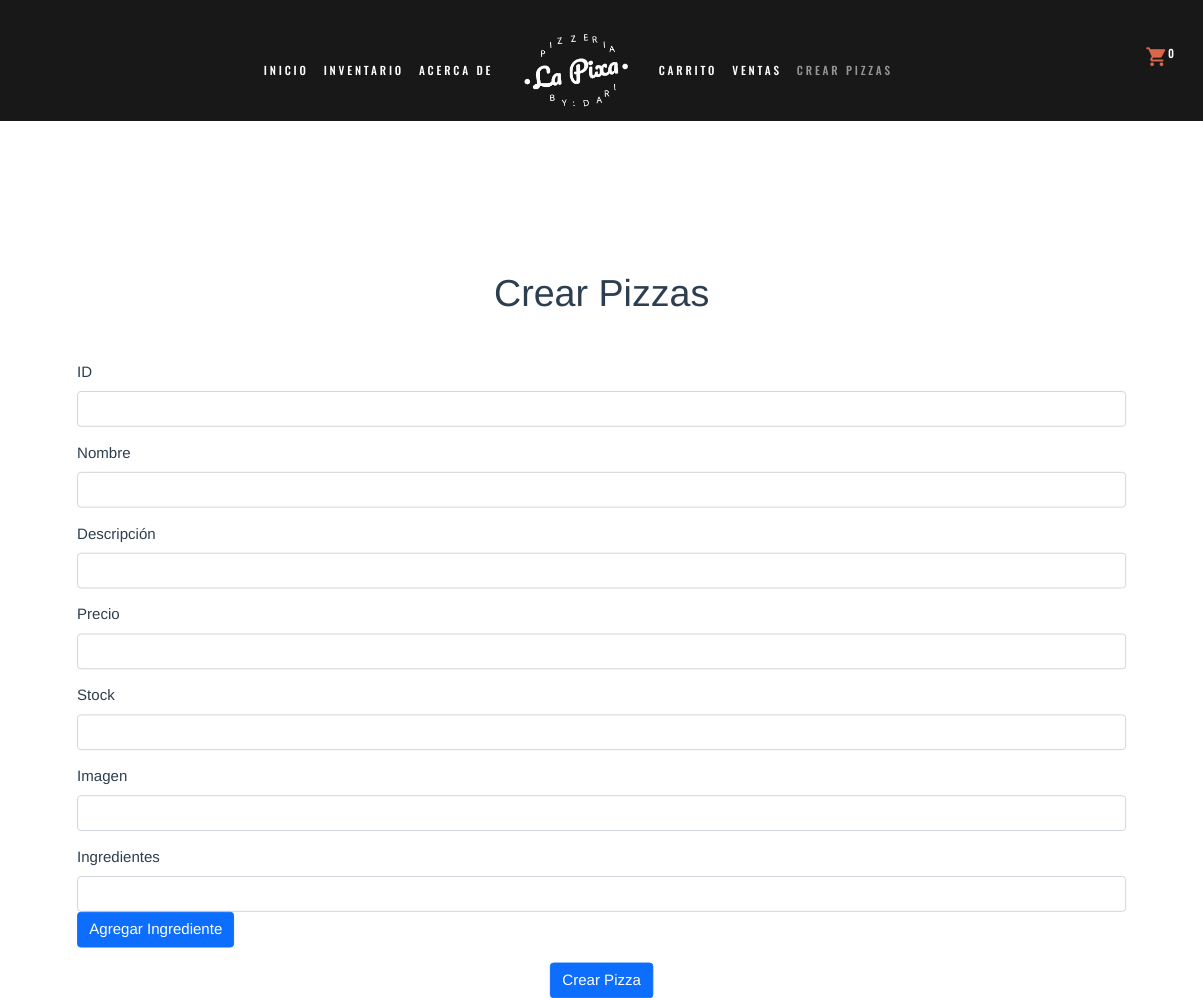
Repository: Darigo30/prueba-vue-dari-pizza
Page: /crearPizzas
The author's editor kept a copy of each file at every save. The page is drawn from the files as they stood at one save, then again after the next save.
The browser window is 1280 px wide. The pictures show the whole page, at 94% of full size.
The project was rebuilt for these pictures with package versions that can differ from the ones it lists, and the page was loaded fresh each time. Also part of the build but not shown: src/views/Home.vue.

Above is the page before, as saved 2021-05-23 22:37:52.

### public/index.html
<!DOCTYPE html>
<html lang="">
  <head>
    <meta charset="utf-8">
    <meta http-equiv="X-UA-Compatible" content="IE=edge">
    <meta name="viewport" content="width=device-width,initial-scale=1.0">
    <link rel="icon" href="<%= BASE_URL %>favicon.ico">
    <link href="https://cdn.jsdelivr.net/npm/bootstrap@5.0.0/dist/css/bootstrap.min.css" rel="stylesheet" integrity="sha384-wEmeIV1mKuiNpC+IOBjI7aAzPcEZeedi5yW5f2yOq55WWLwNGmvvx4Um1vskeMj0" crossorigin="anonymous">
    <link href="https://fonts.googleapis.com/icon?family=Material+Icons"
      rel="stylesheet">
      <link rel="preconnect" href="https://fonts.gstatic.com">
      <link href="https://fonts.googleapis.com/css2?family=Oswald:wght@300;500&display=swap" rel="stylesheet">
    <title>Pizzeria La Pixa</title>
  </head>
  <body>
    <noscript>
      <strong>We're sorry but doesn't work properly without JavaScript enabled. Please enable it to continue.</strong>
    </noscript>
    <div id="app"></div>
    <script src="https://cdn.jsdelivr.net/npm/bootstrap@5.0.0/dist/js/bootstrap.bundle.min.js" integrity="sha384-p34f1UUtsS3wqzfto5wAAmdvj+osOnFyQFpp4Ua3gs/ZVWx6oOypYoCJhGGScy+8" crossorigin="anonymous"></script>
    <!-- built files will be auto injected -->
  </body>
</html>

### src/main.js
import Vue from "vue";
import App from "./App.vue";
import router from "./router";
import store from "./store";
import firebase from "firebase";



Vue.config.productionTip = false;


new Vue({
  router,
  store,
  firebase,
  render: (h) => h(App),
}).$mount("#app");

### src/App.vue
<template>
  <div id="app">
    <Nav />
    <router-view />
  </div>
</template>

<script>
import Nav from "@/components/Nav.vue";
import { mapActions } from "vuex";

export default {
  name: "App",
  components: {
    Nav,
  },
  methods: {
    ...mapActions(["getData", "setDataPizzasDb"]),
  },
  created() {
    this.getData();
    this.setDataPizzasDb();
  },
};
</script>

<style lang="scss">
#app {
  font-family: Avenir, Helvetica, Arial, sans-serif;
  -webkit-font-smoothing: antialiased;
  -moz-osx-font-smoothing: grayscale;
  text-align: center;
  color: #2c3e50;
}
</style>

### src/router/index.js
import Vue from "vue";
import VueRouter from "vue-router";
import Home from "../views/Home.vue";

Vue.use(VueRouter);

const routes = [
  {
    path: "/",
    name: "Home",
    component: Home,
  },
  {
    path: "/inventario",
    name: "Inventario",
    component: () =>
      import(/* webpackChunkName: "inventario" */ "../views/Inventario.vue"),
  },
  {
    path: "/ventas",
    name: "Ventas",
    component: () =>
      import(/* webpackChunkName: "ventas" */ "../views/Ventas.vue"),
  },
  {
    path: "/carrito",
    name: "Carrito",
    component: () =>
      import(/* webpackChunkName: "carrito" */ "../views/Carrito.vue"),
  },
  {
    path: "*",
    name: "error404",
    component: () =>
      import(/* webpackChunkName: "error404" */ "../views/error404.vue"),
  },
  {
    path: "/crearPizzas",
    name: "CrearPizzas",
    component: () =>
      import(/* webpackChunkName: "crearPizzas" */ "../views/CrearPizzas.vue"),
  },
  // {
  //   path: "/about",
  //   name: "About",
  // route level code-splitting
  // this generates a separate chunk (about.[hash].js) for this route
  // which is lazy-loaded when the route is visited.
  //   component: () =>
  //     import(/* webpackChunkName: "about" */ "../views/About.vue"),
  // },
];

const router = new VueRouter({
  mode: "history",
  base: process.env.BASE_URL,
  routes,
});

export default router;

### src/store/index.js
import Vue from "vue";
import Vuex from "vuex";
//import axios from "axios";

import { db } from "../../firebase";

Vue.use(Vuex);

export default new Vuex.Store({
  state: {
    productos: [],
    carrito: [],
    ventas: [],
  },
  getters: {
    cantidadCarrito(state) {
      return state.carrito.length;
    },
    productosFiltrados(state) {
      const productos = state.productos.filter((pizza) => pizza.stock > 0);
      return !productos ? [] : productos;
    },
    totalCarrito(state) {
      const carrito = state.carrito;
      if (carrito.length === 0) return 0;
      const suma = carrito.reduce((acc, x) => acc + x.subtotal, 0);
      return suma;
    },
  },
  mutations: {
    cargarData(state, payload) {
      state.productos = payload;
    },
    agregarPizza(state, payload) {
      const agregar = payload.id;
      const cantidad = 1;
      const nombre = payload.nombre;
      const precio = payload.precio;
      const subtotal = precio * cantidad;

      const finder = state.carrito.find((obj) => obj.id === agregar);

      if (!finder) {
        const obj = {
          id: agregar,
          cantidad,
          nombre,
          precio,
          subtotal,
        };
        state.carrito.push(obj);
      } else {
        finder.cantidad = cantidad + finder.cantidad;
        finder.subtotal = finder.cantidad * precio;
      }
    },
    comprar(state) {
      const respuesta = confirm("¿Quieres comprar ahora?");
      if (respuesta) {
        const venta = state.carrito.map((obj) => {
          const obj2 = {
            id: obj.id,
            nombre: obj.nombre,
            precioSubtotal: obj.subtotal,
            cantidadVendida: obj.cantidad,
          };
           return obj2;
        });
        venta.forEach((producto) => {
          const ventarec = producto;
          const finder = state.ventas.find((obj) => obj.id === ventarec.id);

          if (!finder) {
            state.ventas.push(ventarec);
          } else {
            state.ventas = state.ventas.map((vend) => {
              const obj3 = {
                id: vend.id,
                nombre: vend.nombre,
                precioSubtotal: vend.id === ventarec.id ? vend.precioSubtotal + ventarec.precioSubtotal : vend.precioSubtotal,
                cantidadVendida: vend.id === ventarec.id ? vend.cantidadVendida + ventarec.cantidadVendida : vend.cantidadVendida,
              };
               return obj3;
            });
          }

        });
        state.carrito.forEach((el) => {
        state.productos = state.productos.map((resta) => {
            const obj4 = {
              desc: resta.desc,
              id: resta.id,
              img: resta.img,
              ing: resta.ing,
              name: resta.name,
              price: resta.price,
              stock: el.id === resta.id ? resta.stock - el.cantidad : resta.stock ,
            };
            return obj4;
          })
        });
      state.carrito = [];
      }
    },
    //guardar pizzas de API inicial en colleccion de firebase
    guardarPizzasEnDB(state) {
      console.log(state);
      /*setTimeout(() => {
        try {
          const productos = state.productos;
          console.log(productos);
          productos.forEach(async (producto) => {
            await db.collection("pizzas").add(producto);
          });
        } catch (error) {
          console.log(error);
        }
      }, 2000);*/
    },
    agregarNuevaPizza(state, payload) {
      const existe = state.productos.find((pizza) => pizza.id === payload.id);
      // Si no existe ingresar a la base de datos.
      if (!existe) state.productos.push(payload);
    },
  },
  actions: {
    async getData({ commit }) {
      // const url =
      //   "https://us-central1-apis-varias-mias.cloudfunctions.net/pizzeria";
      try {
        // const req = await axios(url);
        // const pizzas = req.data;
        // const pizzasStock = pizzas.map((obj) => {
        //   obj.stock = 10;
        //   return obj;
        // });
        const pizzasStock = [];
        const fire = await db.collection("pizzas");
        fire.get()
        .then((querySnapshot) => {
            querySnapshot.forEach((doc) => {
                pizzasStock.push(doc.data());
                console.log(doc.id, " => ", doc.data());
            });
        })
        commit("cargarData", pizzasStock);
      } catch (error) {
        console.log(error);
      }
    },
    async setDataPizzasDb({ commit }){
      commit("guardarPizzasEnDB");
    },
    async crearNuevaPizza({ commit, state }, payload) {
      const pizza = payload;
      if (!pizza) return;

      //Validar si existe una pizza con el mismo ID

      const verificarId = state.productos.filter(pizza =>  pizza.id === payload.id);
      if(verificarId.length !== 0){
        alert("ya existe un ID con ese producto", verificarId);
        console.log(verificarId);
        return;
      }


      // Actualizar el state
      commit("agregarNuevaPizza", pizza);
      // Actualizar Firebase
      // Preguntar si el ID existe en Firebase: (TAREA)
      // try {
      //   const req = await db.collection("pizza").get();
      //   req.docs.forEach(obj => {
      //     const pizzaFirebase = obj.data();
      //     const idFirebase = pizzaFirebase.id;

      //     // Tiene un problema: ¿Cuál es? (Tarea)
      //     if (idFirebase === pizza.id) return;
      //     await db.collection("pizzas").add(pizza);
      //   })
      // } catch (error) {
      //   console.log(error);
      // }
      await db.collection("pizzas").add(pizza);
    },
    async borrarPizzas({ commit, state }, payload) {
      commit("");

      //Me borra la fila completa

      let borradoFila = state.productos.filter(fila => fila.id != payload );
      state.productos = borradoFila;

      // Borra en Firestore

      let collectionRef = db.collection("pizzas");
      collectionRef.where("id", "==", payload)
      .get()
      .then(querySnapshot => {
        querySnapshot.forEach((doc) => {
          doc.ref.delete().then(() => {
            console.log("el doc fue borrado");
          }).catch(function(error) {
            console.error("ha ocurrido un error al borrar: ", error);
          });
        });
      })
      .catch(function(error) {
        console.log("Error al obtener el documento: ", error);
      });
    }
  },
});

### src/components/Nav.vue
<template>
  <nav class="navbar navbar-expand-lg navbar-dark bg-dark">
    <div class="container-fluid">
      <!-- <a class="navbar-brand" href="#">Navbar</a> -->

      <button
        class="navbar-toggler"
        type="button"
        data-bs-toggle="collapse"
        data-bs-target="#navbarNav"
        aria-controls="navbarNav"
        aria-expanded="false"
        aria-label="Toggle navigation"
      >
        <span class="navbar-toggler-icon"></span>
      </button>

      <div class="collapse navbar-collapse" id="navbarNav">
        <ul class="navbar-nav">
          <li class="nav-item">
            <router-link class="nav-link text-white" to="/">Inicio</router-link>
          </li>
          <li class="nav-item">
            <router-link class="nav-link text-white" to="/inventario"
              >Inventario</router-link
            >
          </li>
          <li class="nav-item">
            <router-link class="nav-link text-white" to="#"
              >Acerca de</router-link
            >
          </li>
           <router-link class="navbar-brand" to="/"><img class="logo-lapizza" src="../assets/logo-pizza.png"></router-link>
          <li class="nav-item">
            <router-link class="nav-link text-white" to="/carrito">Carrito</router-link>
          </li>
          <li class="nav-item">
            <router-link class="nav-link text-white" to="/ventas">Ventas</router-link>
          </li>
          <li class="nav-item">
            <router-link class="nav-link" to="/crearPizzas">Crear Pizzas</router-link>
          </li>
        </ul>
      </div>
      <div class="carrito-top">
        <div @click="$router.push('/carrito')" class="carrito-icono"></div>
        <p class="nav-item text-white me-3 num-car">{{ cantidadCarrito }}</p>
      </div>


    </div>
  </nav>
</template>

<script>
import { mapGetters } from "vuex";

export default {
  name: "Nav",
  computed: {
    ...mapGetters(["cantidadCarrito"]),
  },
};
</script>

<style lang="scss" scoped>
.carrito-icono {
  width: 24px;
  height: 24px;
  line-height: 24px;
  cursor: pointer;

  &::before {
    content: "shopping_cart";
    font-family: "Material Icons";
    font-size: 1.5rem;
    color: #db664b;
  }
}
nav {
  position: fixed;
  width: 100%;
  z-index: 2;
}
.logo-lapizza{
  width: 100%;
  max-width: 110px;
}
.navbar-expand-lg .navbar-collapse{
  justify-content: center;
  margin: 20px 0 0;
  padding: 0 15px;
}
.navbar-nav{
      flex-direction: row;
    justify-content: center;
    align-content: center;
    align-items: center;
}
.navbar-brand{
  margin: 0 25px;
}
.bg-dark {
    background-color: #181818 !important;
    }
.navbar-expand-lg .navbar-nav .nav-link, .num-car{
  text-transform: uppercase;
  font-size: 12px;
  letter-spacing: 3px;
  font-family: 'Oswald', sans-serif;
  }
.carrito-top{
  display: flex;
}
</style>

### src/views/CrearPizzas.vue
<template>
  <div class="container pt-5">
    <div class="row pt-5">
      <div class="col-12">
        <h1 class="mb-5 padd-t">Crear Pizzas</h1>

          <div class="mb-3 text-start">
            <label class="form-label">ID</label>
            <input type="text" class="form-control" v-model="pizza.id" />
          </div>
          <div class="mb-3 text-start">
            <label class="form-label">Nombre</label>
            <input type="text" class="form-control" v-model="pizza.name" />
          </div>
          <div class="mb-3 text-start">
            <label class="form-label">Descripción</label>
            <input type="text" class="form-control" v-model="pizza.desc" />
          </div>
          <div class="mb-3 text-start">
            <label class="form-label">Precio</label>
            <input type="text" class="form-control" v-model="pizza.price" />
          </div>
          <div class="mb-3 text-start">
            <label class="form-label">Stock</label>
            <input type="text" class="form-control" v-model="pizza.stock" />
          </div>
          <div class="mb-3 text-start">
            <label class="form-label">Imagen</label>
            <input type="text" class="form-control" v-model="pizza.img" />
          </div>
          <div class="mb-3 text-start">
            <label class="form-label">Ingredientes</label>
            <input type="text"  v-model="ingrediente" class="form-control" />
            <button @click="agregarIngrediente(ingrediente)" class="btn btn-primary">Agregar Ingrediente</button>
            <div v-if="pizza.ing.length > 0">
                <ul v-for="datos in pizza.ing" :key="datos.ing">
                    {{ datos.name }}
                </ul>
            </div>

          </div>

        <button @click="crearPizza" class="btn btn-primary">Crear Pizza</button>
      </div>
    </div>
  </div>
</template>

<script>
import { mapActions } from "vuex";
export default {
  name: "Crear",
  data() {
    return {
    ingrediente: null,
      pizza: {
        id: "",
        name: "",
        desc: "",
        price: "",
        stock: "",
        img: "",
        ing: [],
      },
    };
  },
  methods: {
    ...mapActions(["crearNuevaPizza"]),
    crearPizza() {
      const pizza = this.pizza;
      if (!pizza.id || !pizza.name || !pizza.desc || !pizza.price || !pizza.stock || !pizza.img || !pizza.ing) return;
      this.crearNuevaPizza(pizza);
    },
    agregarIngrediente(ing){
        this.pizza.ing.push({
            name: ing
        });
    }
  },
};
</script>
<style scoped>
    .padd-t{
        margin-top: 12rem ;
    }
</style>

### firebase.js
// For Firebase JS SDK v7.20.0 and later, measurementId is optional
import firebase from "firebase";

const firebaseConfig = {
    apiKey: "AIzaSyDtWD7T_jkypJfm0HzDkZ7YDyLFE20edJ0",
    authDomain: "pizzeria-37b52.firebaseapp.com",
    projectId: "pizzeria-37b52",
    storageBucket: "pizzeria-37b52.appspot.com",
    messagingSenderId: "965355399653",
    appId: "1:965355399653:web:ba0bb2b3e531f99c7ce70c",
    measurementId: "G-8N9HY3NJ7J"
  };
  firebase.initializeApp(firebaseConfig);

  const db = firebase.firestore();

  export { firebaseConfig , db }

After the next save:
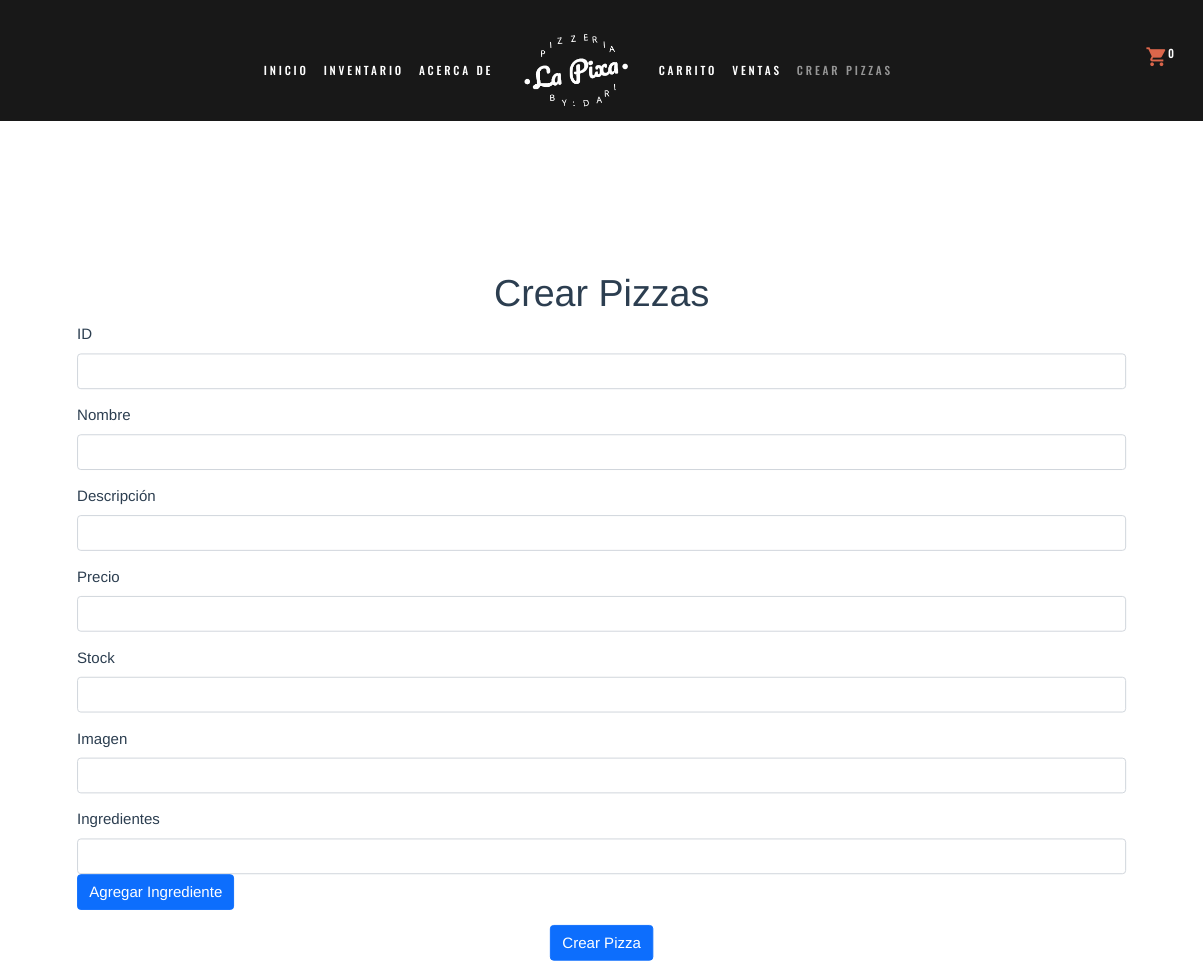
Saved 25 s later.
--- a/src/views/CrearPizzas.vue
+++ b/src/views/CrearPizzas.vue
@@ -2,7 +2,7 @@
   <div class="container pt-5">
     <div class="row pt-5">
       <div class="col-12">
-        <h1 class="mb-5 padd-t">Crear Pizzas</h1>
+        <h1 class="padd-t">Crear Pizzas</h1>
 
           <div class="mb-3 text-start">
             <label class="form-label">ID</label>
